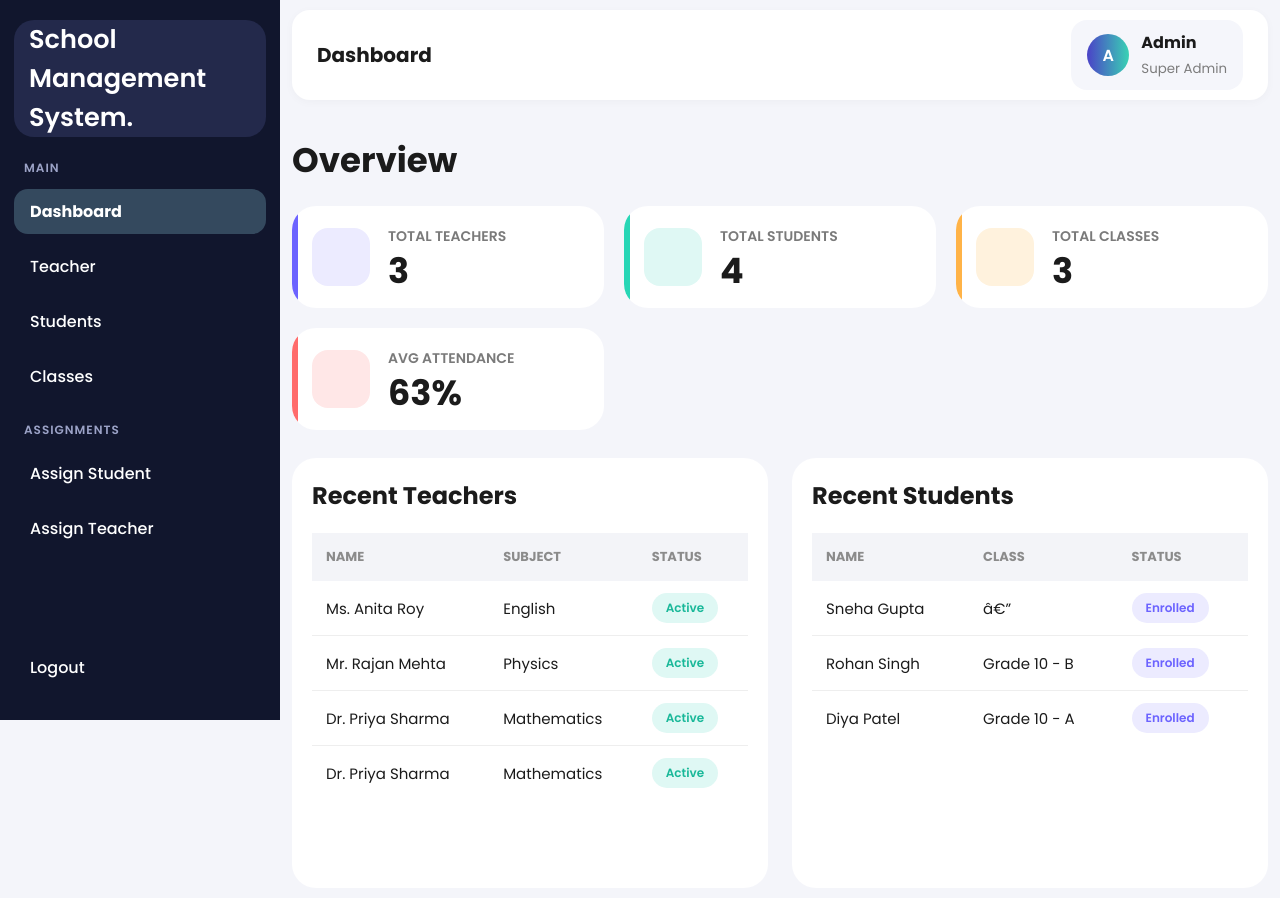
Repository: rohit-rk-07/school_management_system
Page: http://localhost/School_Management_System/admin/dashboard.jsp
These files come from the project's save history. The page is drawn as it stood at one moment and after the next save; the edit follows.
The browser window is 1280 px wide. The pictures show the whole page.
The page is served by Tomcat 10.

Above is the page before, as saved 2026-05-21 10:09:34.
Console error: TypeError: Cannot read properties of null (reading 'addEventListener')

After the next save:
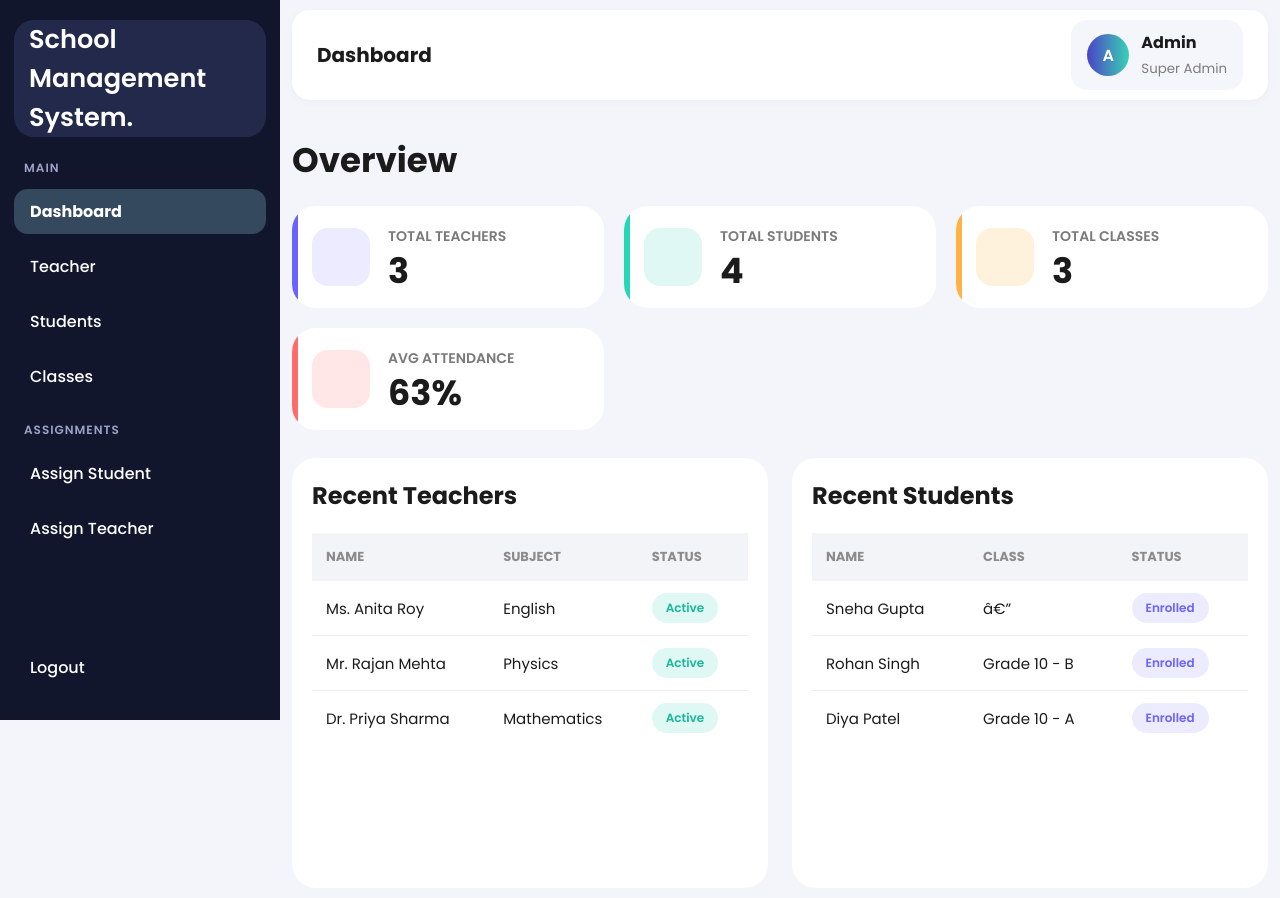
Saved 21 s later.
--- a/School_Management_System/src/main/webapp/admin/dashboard.jsp
+++ b/School_Management_System/src/main/webapp/admin/dashboard.jsp
@@ -432,12 +432,6 @@
               <td><span class="badge active-badge">Active</span></td>
             </tr>
 
-            <tr>
-              <td>Dr. Priya Sharma</td>
-              <td>Mathematics</td>
-              <td><span class="badge active-badge">Active</span></td>
-            </tr>
-
         </table>
 
       </div>
